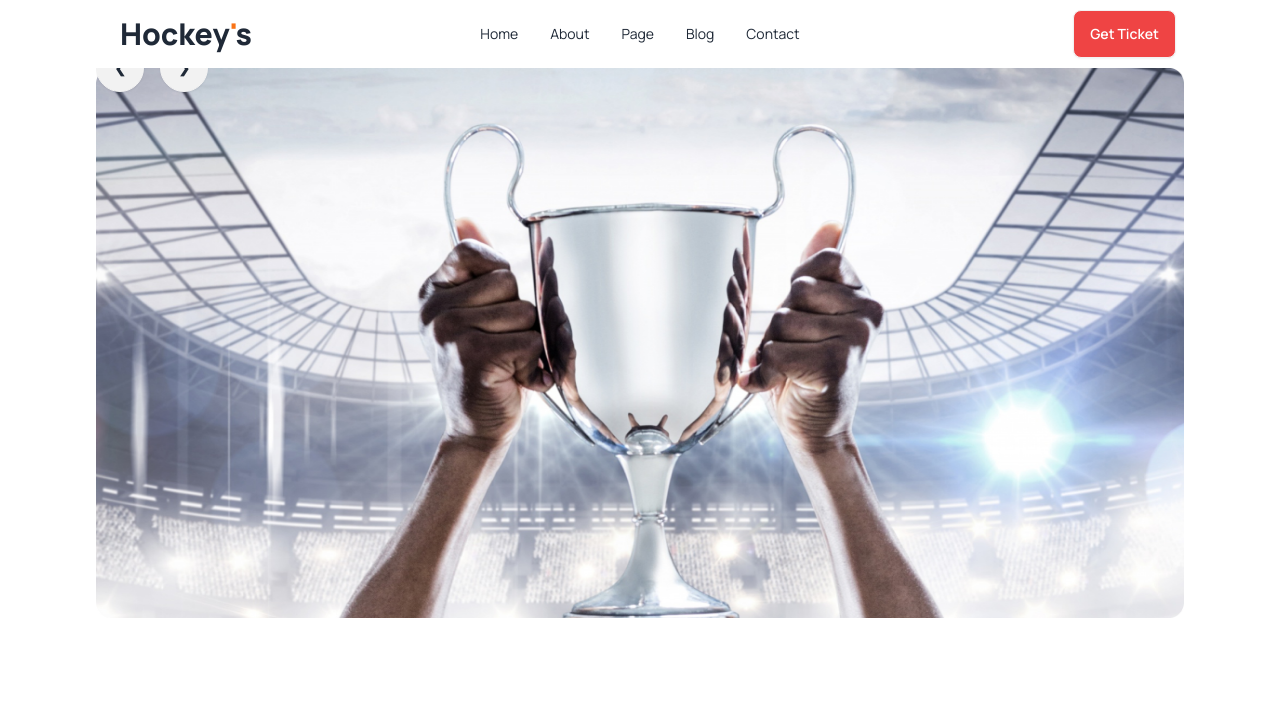
Repository: RudrasahaDibos/Hockey-
Page: index.html
An editor plug-in stored every save of this project. The page is shown before and after the next save, followed by the edit.
The browser window is 1280 px wide. The pictures show the whole page.
Some web libraries are served in a nearby version.

Above is the page before, as saved 2024-10-23 19:04:18.

After the next save:
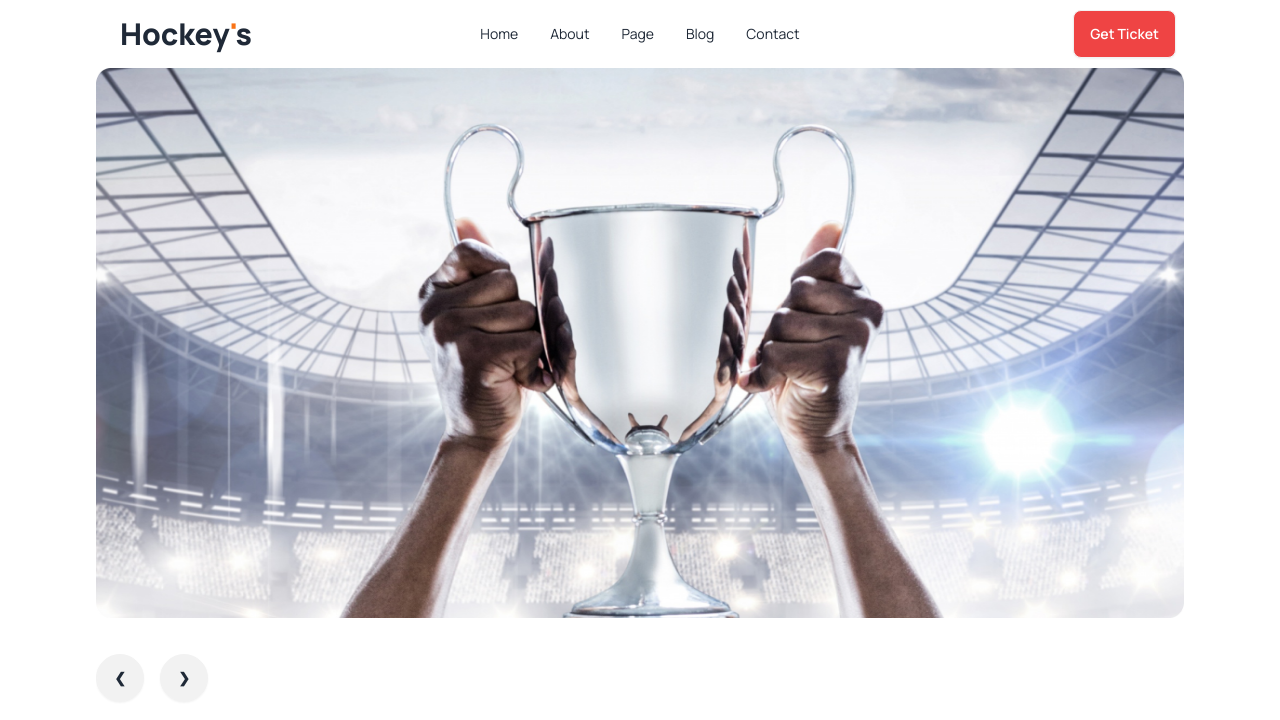
Saved 4 s later.
--- a/index.html
+++ b/index.html
@@ -95,7 +95,7 @@
                           <img
                             src="Images/1.png"
                             class="w-full lg:h-[550px] " />
-                          <div class="absolute left-0 right-0 top-[] flex -translate-y-1/2 transform gap-4">
+                          <div class="absolute left-0 right-0 top-[95%] flex -translate-y-1/2 transform gap-4">
                             <a href="#slide4" class="btn btn-circle">❮</a>
                             <a href="#slide2" class="btn btn-circle">❯</a>
                           </div>
